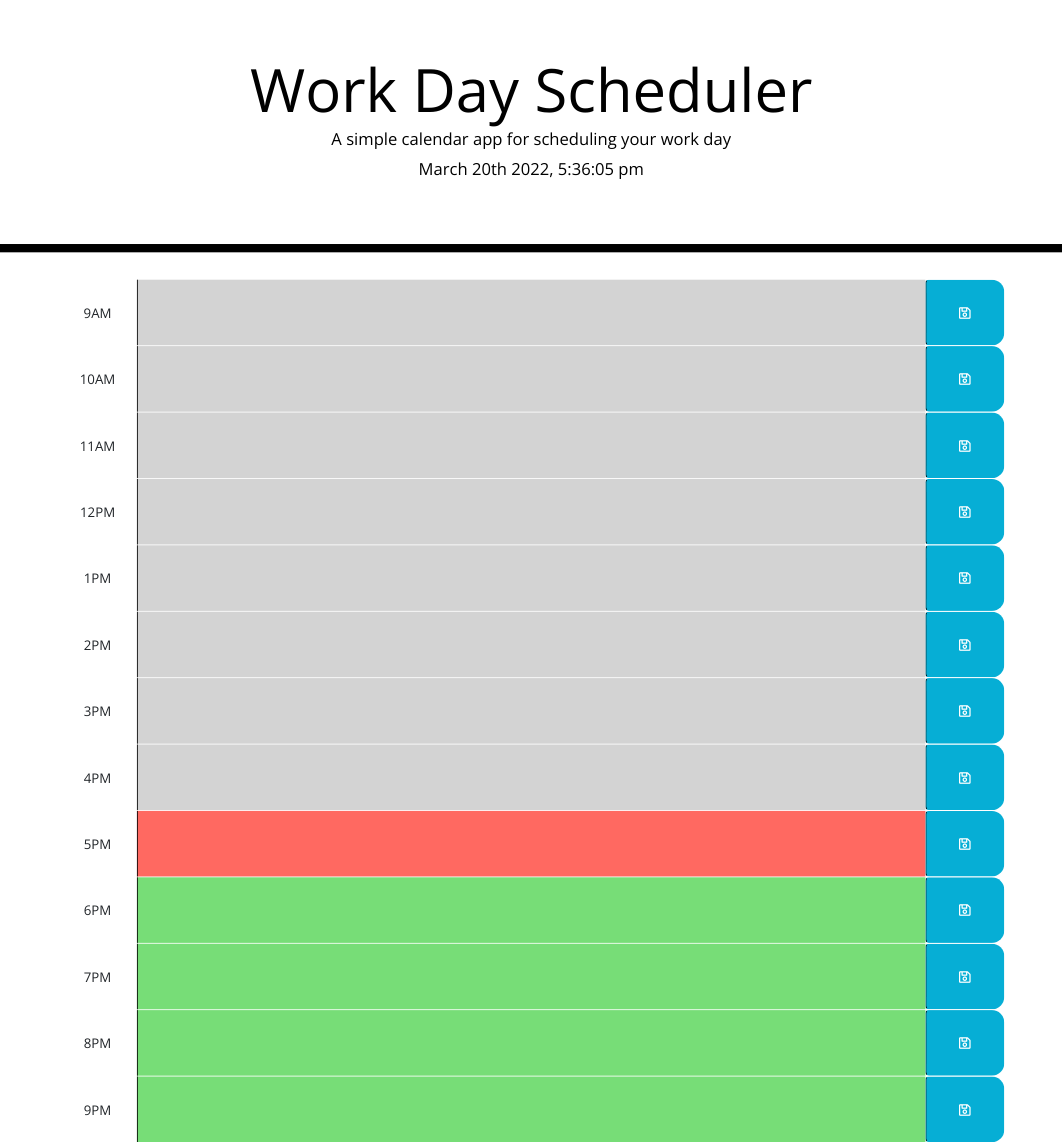
Repository: cobalt88/work-day-scheduler
Page: index.html
An editor plug-in stored every save of this project. The page is shown before and after the next save, followed by the edit.
The browser window is 1280 px wide. The pictures show the whole page, at 83% of full size.
Some web libraries are served in a nearby version.

Above is the page before, as saved 2022-03-25 19:13:28.

### index.html
<!DOCTYPE html>
<html lang="en">
  <head>
    <meta charset="UTF-8" />
    <meta name="viewport" content="width=device-width, initial-scale=1.0" />
    <meta http-equiv="X-UA-Compatible" content="ie=edge" />
    <link
      rel="stylesheet"
      href="https://stackpath.bootstrapcdn.com/bootstrap/4.3.1/css/bootstrap.min.css"
    />
    <link
      rel="stylesheet"
      href="https://use.fontawesome.com/releases/v5.8.1/css/all.css"
      integrity="sha384-50oBUHEmvpQ+1lW4y57PTFmhCaXp0ML5d60M1M7uH2+nqUivzIebhndOJK28anvf"
      crossorigin="anonymous"
    />
    <link
      href="https://fonts.googleapis.com/css?family=Open+Sans&display=swap"
      rel="stylesheet"
    />
    <link rel="stylesheet" href="./assets/style.css" />
    <title>Work Day Scheduler</title>
  </head>

  <body>
    <header class="jumbotron">
      <h1 class="display-3">Work Day Scheduler</h1>
      <p class="lead">A simple calendar app for scheduling your work day</p>
      <p id="currentDay" class="lead"></p>
    </header>
    <div class="container">
      <!-- Timeblocks go here -->

      <div class="row time-block" id="9">
        <div class="col-xl-1  col-md-1 col-2">
          9AM
        </div>
        <textarea class="col-xl-10 col-md-10 col-8 "></textarea>
        <button class="btn saveBtn col-xl-1 col-md-1 col-2 far fa-save"></button>
      </div>

      <div class="row time-block" id="10">
        <div class="col-xl-1 col-md-1 col-2">
          10AM
        </div>
        <textarea class="col-xl-10 col-md-10 col-8 "></textarea>
        <button class="btn saveBtn col-xl-1 col-md-1 col-2 far fa-save"></button>
      </div>

      <div class="row time-block" id="11">
        <div class="col-xl-1 col-md-1 col-2">
          11AM
        </div>
        <textarea class="col-xl-10 col-md-10 col-8 "></textarea>
        <button class="btn saveBtn col-xl-1 col-md-1 col-2 far fa-save"></button>
      </div>

      <div class="row time-block" id="12">
        <div class="col-xl-1 col-md-1 col-2">
          12PM
        </div>
        <textarea class="col-xl-10 col-md-10 col-8 "></textarea>
        <button class="btn saveBtn col-xl-1 col-md-1 col-2 far fa-save"></button>
      </div>

      <div class="row time-block" id="13">
        <div class="col-xl-1 col-md-1 col-2">
          1PM
        </div>
        <textarea class="col-xl-10 col-md-10 col-8 "></textarea>
        <button class="btn saveBtn col-xl-1 col-md-1 col-2 far fa-save"></button>
      </div>

      <div class="row time-block" id="14">
        <div class="col-xl-1 col-md-1 col-2">
          2PM
        </div>
        <textarea class="col-xl-10 col-md-10 col-8 "></textarea>
        <button class="btn saveBtn col-xl-1 col-md-1 col-2 far fa-save"></button>
      </div>

      <div class="row time-block" id="15">
        <div class="col-xl-1 col-md-1 col-2">
          3PM
        </div>
        <textarea class="col-xl-10 col-md-10 col-8 "></textarea>
        <button class="btn saveBtn col-xl-1 col-md-1 col-2 far fa-save"></button>
      </div>

      <div class="row time-block" id="16">
        <div class="col-xl-1 col-md-1 col-2">
          4PM
        </div>
        <textarea class="col-xl-10 col-md-10 col-8 "></textarea>
        <button class="btn saveBtn col-xl-1 col-md-1 col-2 far fa-save"></button>
      </div>

      <div class="row time-block" id="17">
        <div class="col-xl-1 col-md-1 col-2">
          5PM
        </div>
        <textarea class="col-xl-10 col-md-10 col-8 "></textarea>
        <button class="btn saveBtn col-xl-1 col-md-1 col-2 far fa-save"></button>
      </div>

      <div class="row time-block" id="18">
        <div class="col-xl-1 col-md-1 col-2">
          6PM
        </div>
        <textarea class="col-xl-10 col-md-10 col-8 "></textarea>
        <button class="btn saveBtn col-xl-1 col-md-1 col-2 far fa-save"></button>
      </div>

      <div class="row time-block" id="19">
        <div class="col-xl-1 col-md-1 col-2">
          7PM
        </div>
        <textarea class="col-xl-10 col-md-10 col-8 "></textarea>
        <button class="btn saveBtn col-xl-1 col-md-1 col-2 far fa-save"></button>
      </div>

      <div class="row time-block" id="20">
        <div class="col-xl-1 col-md-1 col-2">
          8PM
        </div>
        <textarea class="col-xl-10 col-md-10 col-8 "></textarea>
        <button class="btn saveBtn col-xl-1 col-md-1 col-2 far fa-save"></button>
      </div>

      <div class="row time-block" id="21">
        <div class="col-xl-1 col-md-1 col-2">
          9PM
        </div>
        <textarea class="col-xl-10 col-md-10 col-8 "></textarea>
        <button class="btn saveBtn col-xl-1 col-md-1 col-2 far fa-save"></button>
      </div>


    </div>

    <script src="https://code.jquery.com/jquery-3.4.1.min.js"></script>
    <script src="https://cdnjs.cloudflare.com/ajax/libs/moment.js/2.24.0/moment.min.js"></script>
    <script src="./assets/logic.js"></script>
  </body>
</html>

### assets/style.css
body {
  font-family: 'Open Sans', sans-serif;
  font-size: 16px;
  line-height: 1;
}

textarea{
  background: transparent;
  border: none;
  resize: none;
  color: #000000;
  border-left: 1px solid black;
  padding: 10px;
}

.jumbotron {
  text-align: center;
  background-color: transparent;
  color: black;
  border-radius: 0;
  border-bottom: 10px solid black;
}

.description{
  white-space: pre-wrap;
}

.time-block{
  text-align: center;
  border-radius: 15px;
}

.row {
  white-space: pre-wrap;
  height: 80px;
  border-top: 1px solid white;;
}

.hour {
  background-color: #ffffff;
  color: #000000;
  border-top: 1px dashed #000000;
}

.past {
  background-color: #d3d3d3;
  color: white;
}

.present {
  background-color: #ff6961;
  color: white;
}

.future {
  background-color: #77dd77;
  color: white;
}

.saveBtn {
  border-left: 1px solid black;
  border-top-right-radius: 15px;
  border-bottom-right-radius: 15px;
  background-color: #06AED5;
  color: white;
}

.saveBtn i:hover {
  font-size: 20px;
  transition: all .3s ease-in-out;
}

### assets/logic.js
// displays date and time a the top of the page.
function updateTime(){
var currentDate = moment().format('MMMM Do YYYY, h:mm:ss a');
$("#currentDay").html(currentDate);
}
//refreshes the date/time every 1000ms
setInterval(function() {
  updateTime();
}, 1000);


const timeBlocks = Array.from(document.getElementsByClassName('time-block'));
var currentTime = moment().format('HH');
// assigns the past present and future classes to the text content areas based on what time it is.
for (let i = 0; i < timeBlocks.length; i++) {

  var timeBlockId = parseInt(timeBlocks[i].id);
  var time = parseInt(currentTime);

  if (timeBlockId < time) {
    timeBlocks[i].children[1].className += 'past';
  }
  if (timeBlockId > time) {
    timeBlocks[i].children[1].className += 'future';
  }
  if (timeBlockId === time) {
    timeBlocks[i].children[1].className += 'present';
  }
}

$(".saveBtn").on("click", function () {
  // var value = $(this).siblings(".description").val();
  console.log($(this).siblings('.description'));
  // var time = $(this).parent().attr("id");
  // localStorage.setItem(time, value);
});


for (var i = 8; i < 20; i++) {
  $(`.hour-${i}`).val(localStorage.getItem(`hour-${i}`));
}

updateTime();
addEventListener

After the next save:
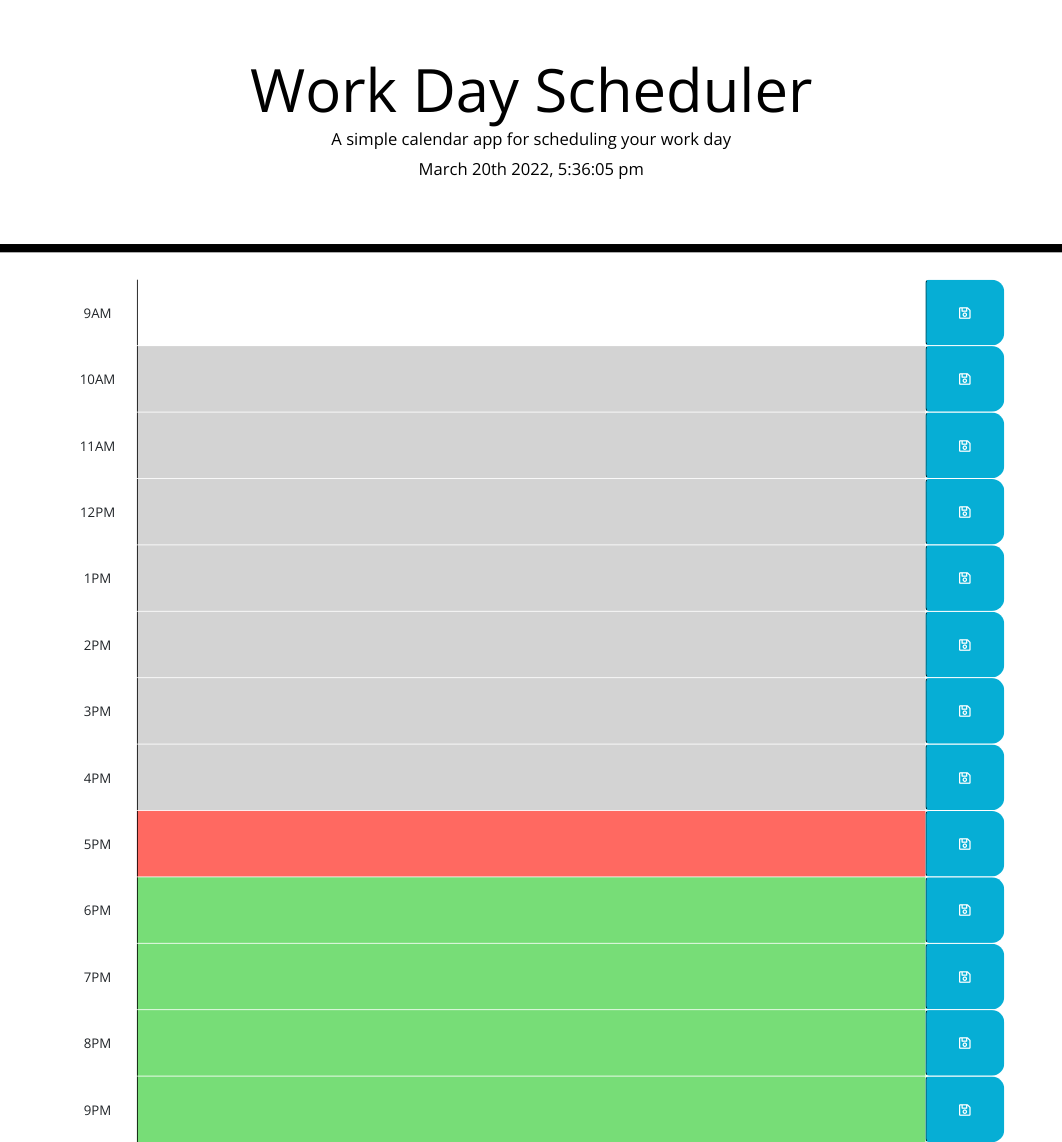
Saved 15 s later.
--- a/index.html
+++ b/index.html
@@ -35,7 +35,7 @@
         <div class="col-xl-1  col-md-1 col-2">
           9AM
         </div>
-        <textarea class="col-xl-10 col-md-10 col-8 "></textarea>
+        <textarea class="col-xl-10 col-md-10 col-8 description"></textarea>
         <button class="btn saveBtn col-xl-1 col-md-1 col-2 far fa-save"></button>
       </div>
 
